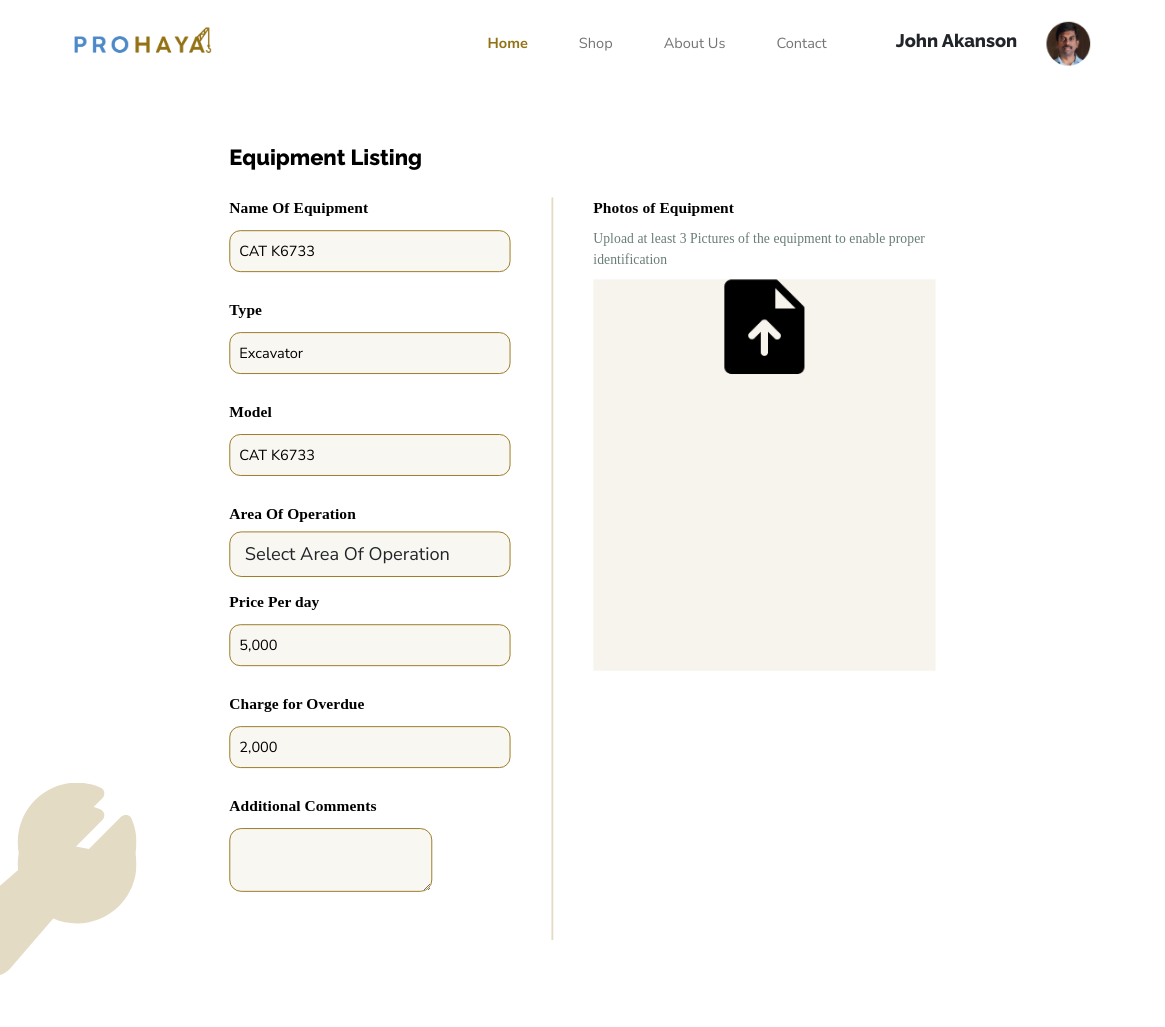
Repository: stormcelltech/Prohaya-UI
Page: Prohaya-UI/equipment_listing.html
The author's editor kept a copy of each file at every save. The page is drawn from the files as they stood at one save, then again after the next save.
The browser window is 1280 px wide. The pictures show the whole page, at 91% of full size.
Some web libraries are served in a nearby version.

Above is the page before, as saved 2022-04-14 04:26:49.
Console error: TypeError: $(...).owlCarousel is not a function

After the next save:
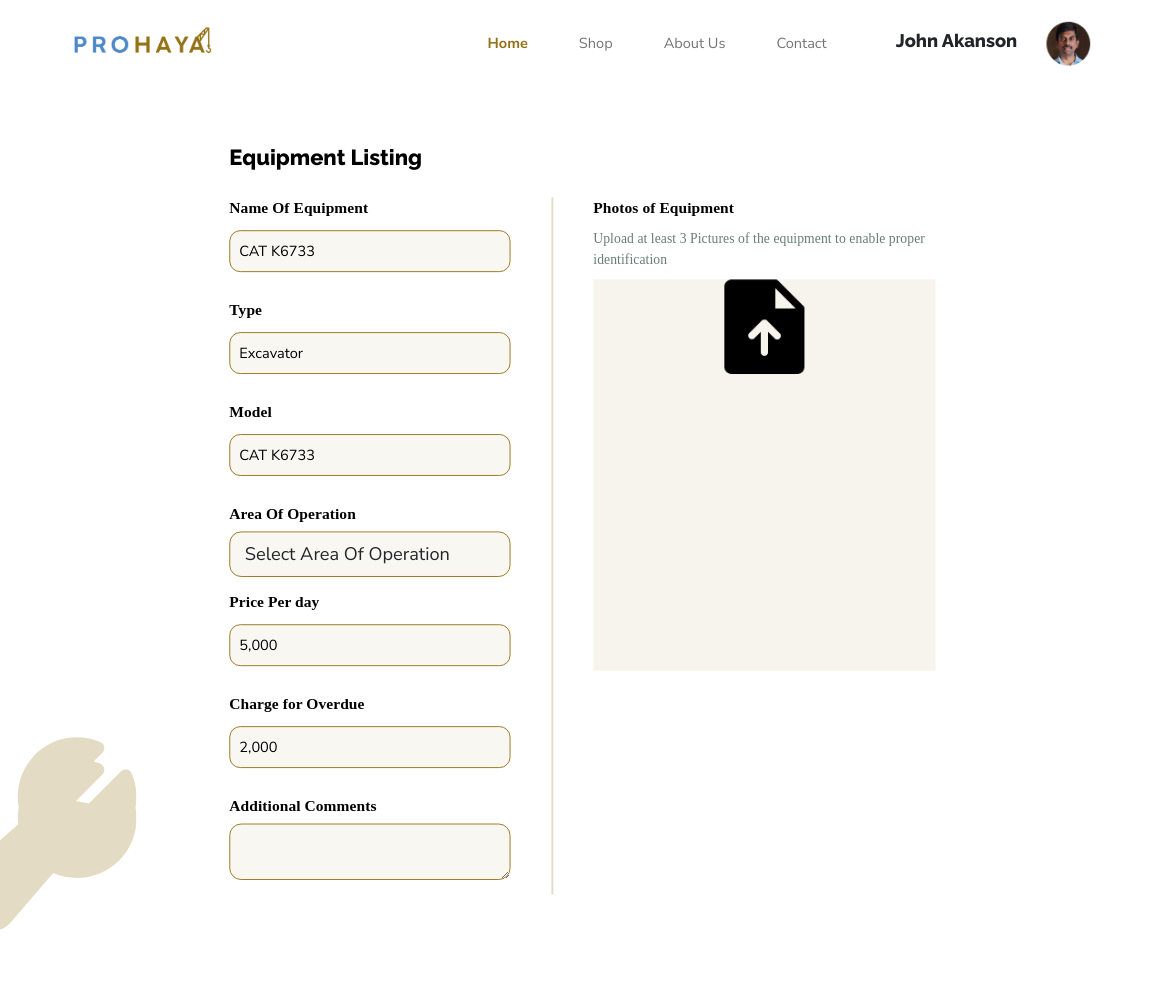
Saved 17 s later.
--- a/Prohaya-UI/equipment_listing.html
+++ b/Prohaya-UI/equipment_listing.html
@@ -96,7 +96,7 @@
                             </div>
                             <div class="mb-3">
                                 <label for="exampleFormControlInput1" class="form-label custom-labels">Additional Comments</label>
-                                <textarea name="" id=""  rows="2" class="custom-textarea custom-input"></textarea>
+                                <textarea name="" id=""  rows="2" class="custom-textarea form-control"></textarea>
                                 <!-- <input type="text" class="form-control custom-input" id="exampleFormControlInput1" placeholder="CAT K6733"> -->
                             </div>
 
